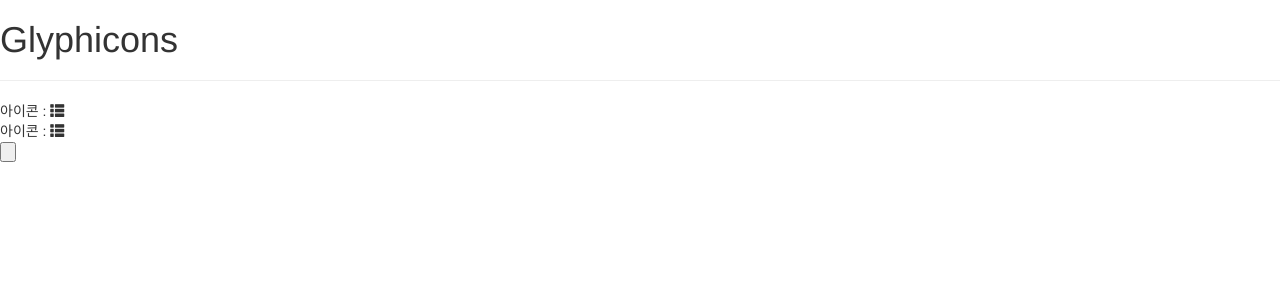
Repository: yhj4130/BootstrapStudy
Page: BootstrapWork/WebContent/BootEx08.html
These files come from the project's save history. The page is drawn as it stood at one moment and after the next save; the edit follows.
The browser window is 1280 px wide. The pictures show the whole page.

Above is the page before, as saved 2019-06-12 05:18:41.

After the next save:
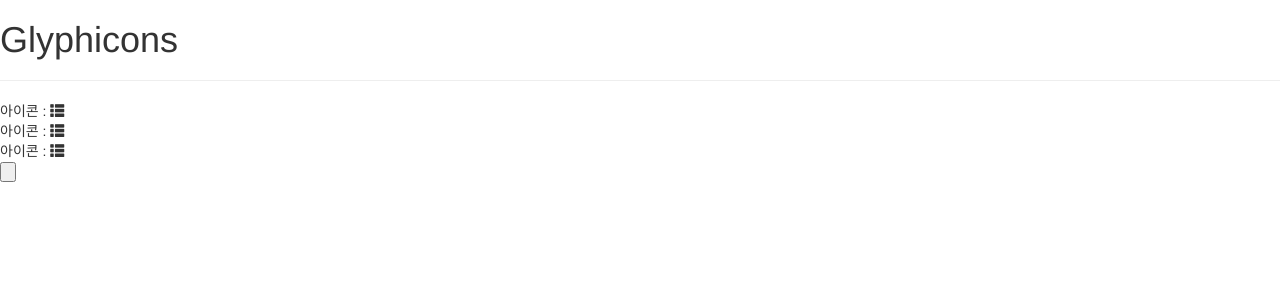
Saved 8 s later.
--- a/BootstrapWork/WebContent/BootEx08.html
+++ b/BootstrapWork/WebContent/BootEx08.html
@@ -27,6 +27,10 @@
 	아이콘 : <span class="glyphicon glyphicon-th-list" style="width: 200px;"></span>
 </div>
 
+<div>
+	아이콘 : <span class="glyphicon glyphicon-th-list" style="width: 200px;"></span>
+</div>
+
 <!-- Attribute Content Type → Simple Type → 적용 안 됨 -->
 <div>
 	<input type="button" class="glyphicon glyphicon-th-list"">
